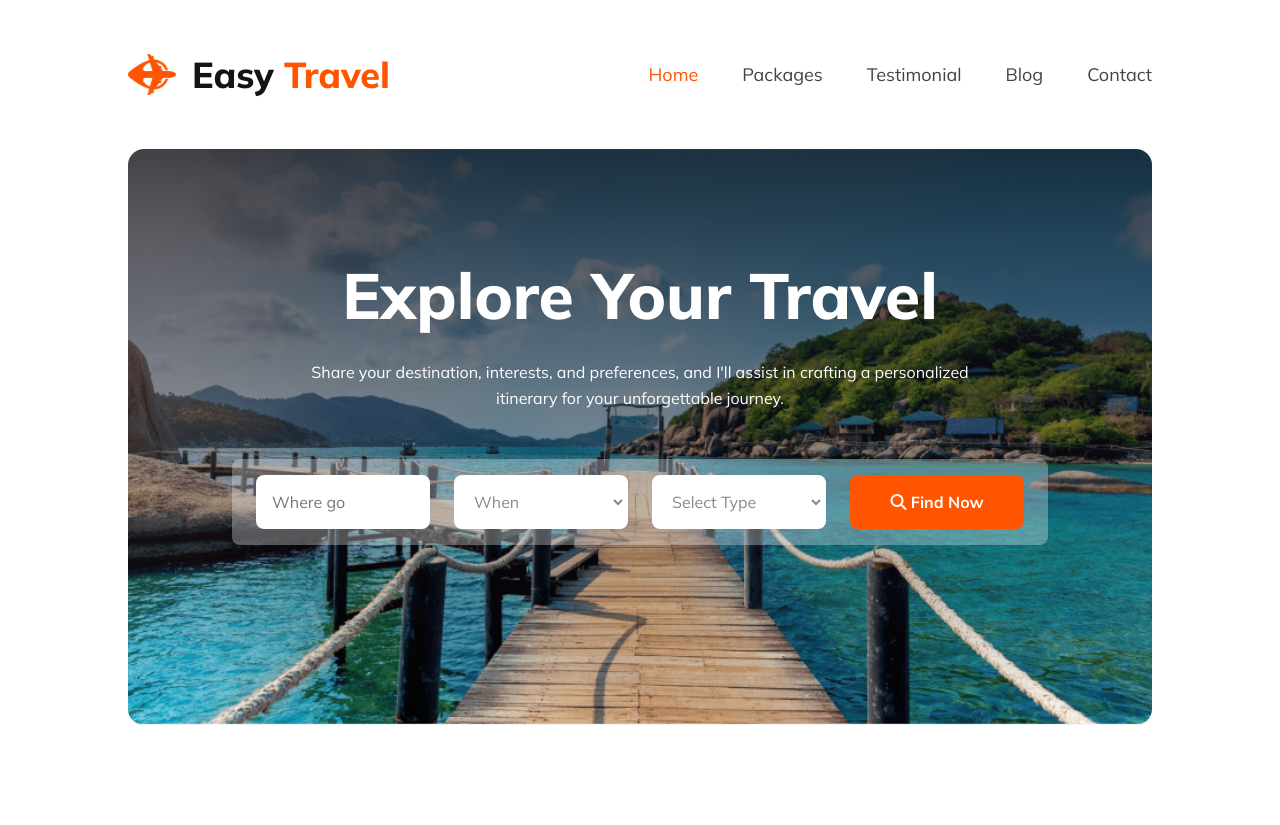
Repository: ShouravAhammed/Assignment-2
Page: index.html
These files come from the project's save history. The page is drawn as it stood at one moment and after the next save; the edit follows.
The browser window is 1280 px wide. The pictures show the whole page.
Some web libraries are served in a nearby version.

Above is the page before, as saved 2024-01-16 03:56:05.

After the next save:
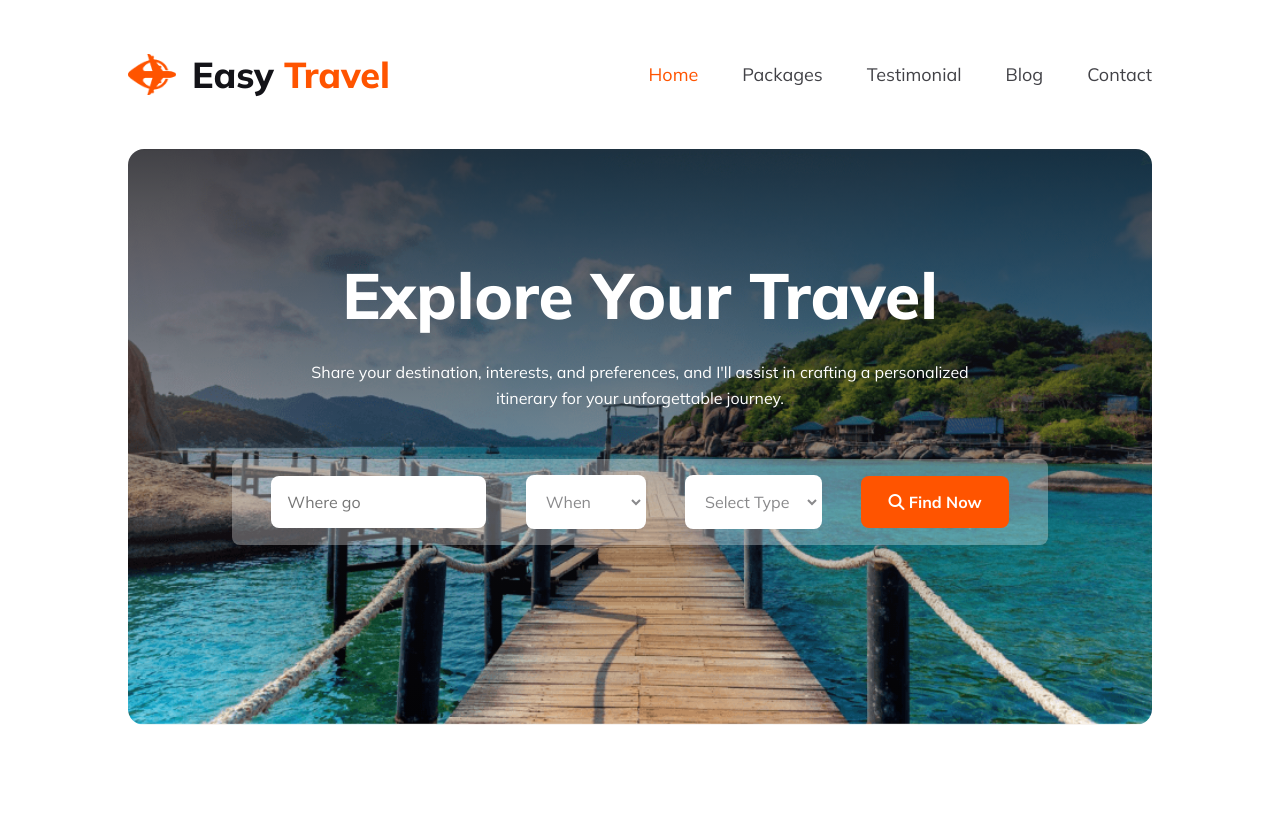
Saved 3 min 5 s later.
--- a/styles/style.css
+++ b/styles/style.css
@@ -114,8 +114,8 @@
     padding: 16px 0px;
     margin: 0 auto;
     text-align: center;
-    display: grid;
-    grid-template-columns: repeat(4, 174px);
+    display: flex;
+    align-items: center;
     justify-content: space-evenly;
 }
 .banner-form input, .banner-form select{
